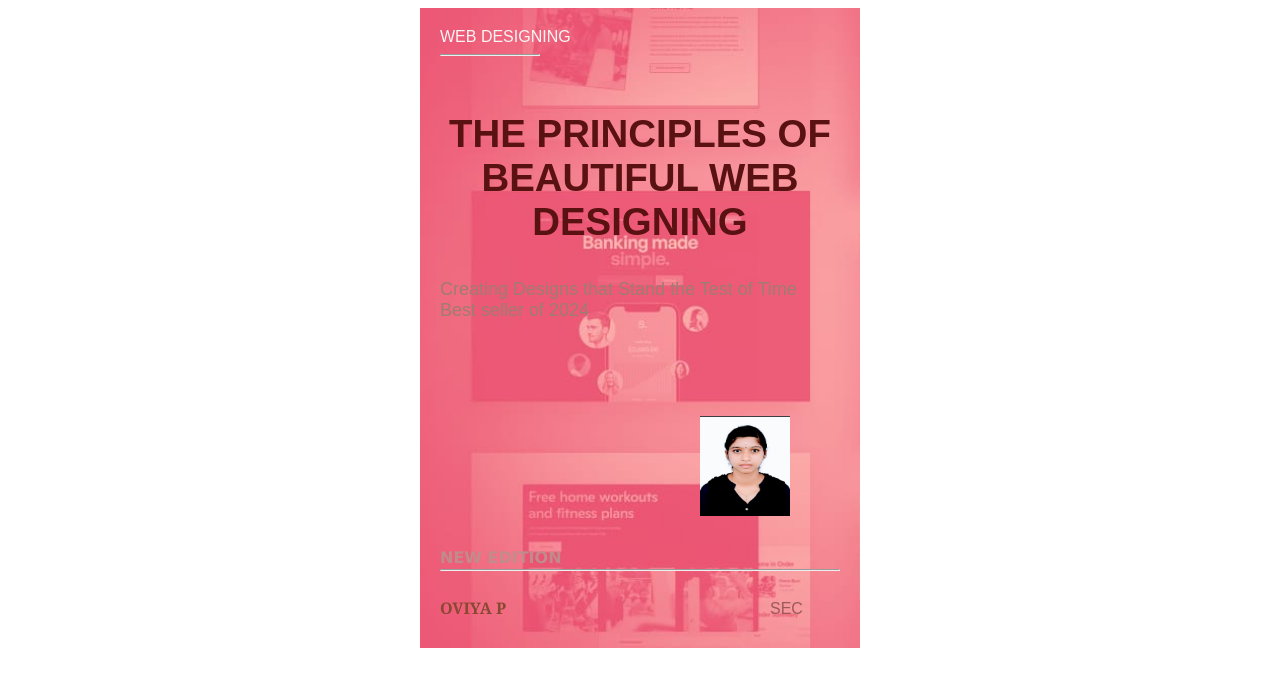
Repository: Oviya24032K6/cover
Page: oviya/coverapp/static/book.html
The author's editor kept a copy of each file at every save. The page is drawn from the files as they stood at one save, then again after a run of saves.
The browser window is 1280 px wide. The pictures show the whole page.

Above is the page before, as saved 2024-04-09 13:51:10.

### oviya/coverapp/static/book.html
<!DOCTYPE html>
<html>

<head>
    <title>BOOK COVER</title>
    <style>
        .bookcover {
            width: 400px;
            height: 600px;
            color: black;
            margin-left: auto;
            margin-right: auto;
            padding: 20px;
            font-family: Arial, sans-serif; /* corrected font-family declaration */
            background-image: url(pink.jpg);
            background-size: cover;
        }

        .head {
            color: rgb(248, 245, 245);

        }

        .style {
            width: 100px;
        }

        .authorname {
            display: inline;
            position: relative;
            color: rgb(136, 72, 49);
            top: 190px;
            font-family: Georgia;
            font-size: medium;
        }

        .title {
            color: rgb(89, 17, 17);
            font-family: Arial, sans-serif; /* fallback font */
            font-size: larger;
            text-align: center;
            position: relative;
            top: 30px;

        }

        .line {
            width: 400px;
            position: relative;
            top: 180px;
        }

        .last {
            color: rgb(154, 90, 90);
            font-size: medium;
            position: relative;
            top: 155px;
            left: 330px;
        }

        .end {
            color: rgba(190, 141, 141, 0.94);
            font-size: medium;
            font-family: Verdana;
            position: relative;
            top: 85px;

        }

        .subtitle {
            color: rgb(158, 124, 114);
            font-family: Arial, sans-serif; /* fallback font */
            font-size: large;
            position: relative;
            top: 40px;
        }

        .photo {
            position: relative;
            top: 135px;
            left: 260px;
            width: 90px; /* Adjust the size here */
            height: 100px; /* Adjust the size here */
        }
    </style>
</head>

<body>
    <div class="bookcover">
        <div class="head">
            WEB DESIGNING
        </div>
        <div class="style">
            <hr style="color:rgb(255, 7, 143)">
        </div>
        <div class="title">
            <h1>THE PRINCIPLES OF BEAUTIFUL WEB DESIGNING</h1>
        </div>
        <div class="subtitle">
            Creating Designs that Stand the Test of Time
        </div>
        <div class="subtitle">
            Best seller of 2024
        </div>

        <div class="photo">
            <img src="oviya pic.jpg" width="90" height="100">

        </div>
        <div class="line">
            <hr style="color:rgba(222, 8, 8, 0.555)">
        </div>
        <div class="authorname">
            <p><b>OVIYA P</b></p>
        </div>
        <div class="last">
            SEC
        </div>
        <div class="end">
            <b>NEW EDITION</b>
        </div>
    </div>
</body>

</html>

After the next 4 saves:
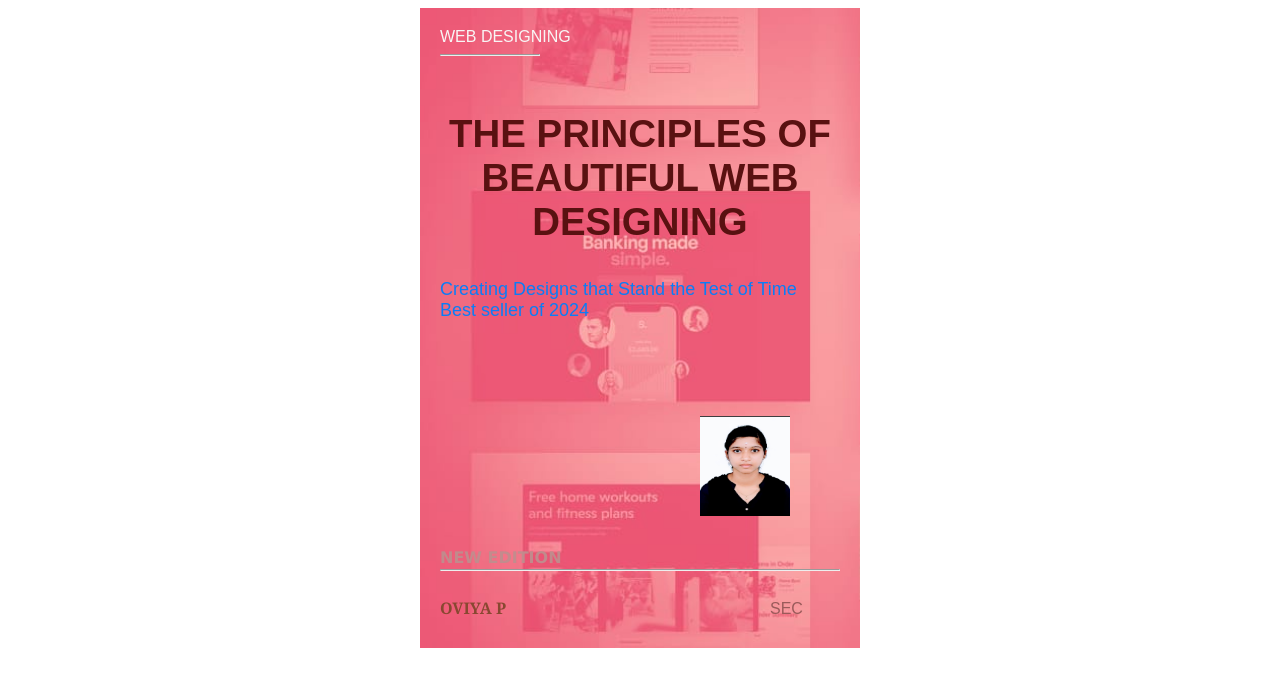
The 4 saves are shown as one change because they came seconds apart.
The last was saved 110 s later.
--- a/oviya/coverapp/static/book.html
+++ b/oviya/coverapp/static/book.html
@@ -68,7 +68,7 @@
         }
 
         .subtitle {
-            color: rgb(158, 124, 114);
+            color: rgb(10, 125, 247);
             font-family: Arial, sans-serif; /* fallback font */
             font-size: large;
             position: relative;
